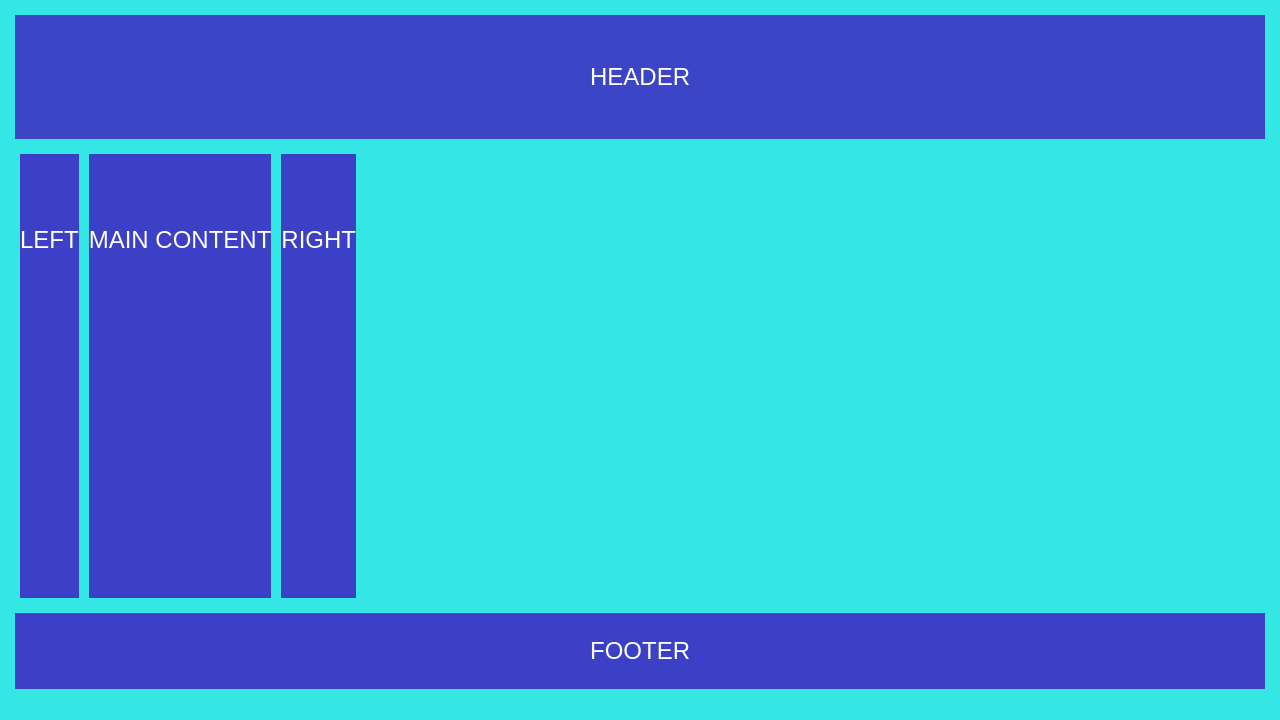
Repository: Badynko/tennis-website
Page: index.html
The author's editor kept a copy of each file at every save. The page is drawn from the files as they stood at one save, then again after the next save.
The browser window is 1280 px wide. The pictures show the whole page.

Above is the page before, as saved 2024-08-01 19:08:53.

### index.html
<!DOCTYPE html>
<html lang="en">
  <head>
    <meta charset="UTF-8" />
    <meta name="viewport" content="width=device-width, initial-scale=1.0" />
    <title>Výsledky zápasov 2024</title>
    <link rel="stylesheet" href="css/style.css" />
  </head>
  <body>
    <header>HEADER</header>
    <div class="main">
      <aside class="left">LEFT</aside>
      <main>MAIN CONTENT</main>
      <aside class="right">RIGHT</aside>
    </div>
    <footer>FOOTER</footer>
  </body>
</html>

### css/style.css
* {
  margin: 5px;
  box-sizing: border-box;
}

body {
  height: 95vh;
  background: #34e7e4;
  font-family: sans-serif;
  text-align: center;
  color: white;
  font-size: 24px;
  display: flex;
  flex-direction: column;
}

header {
  background: #3c45c6;
  padding: 2em 0 2em 0;
}

.main {
  display: flex;
  flex: 1;
}

.left {
  background: #3c40c6;
  padding: 3em 0 3em 0;
}

main {
  background: #3c40c6;
  padding: 3em 0 3em 0;
}

.right {
  background: #3c40c6;
  padding: 3em 0 3em 0;
}

footer {
  background: #3c40c6;
  padding: 1em 0 1em 0;
}

After the next save:
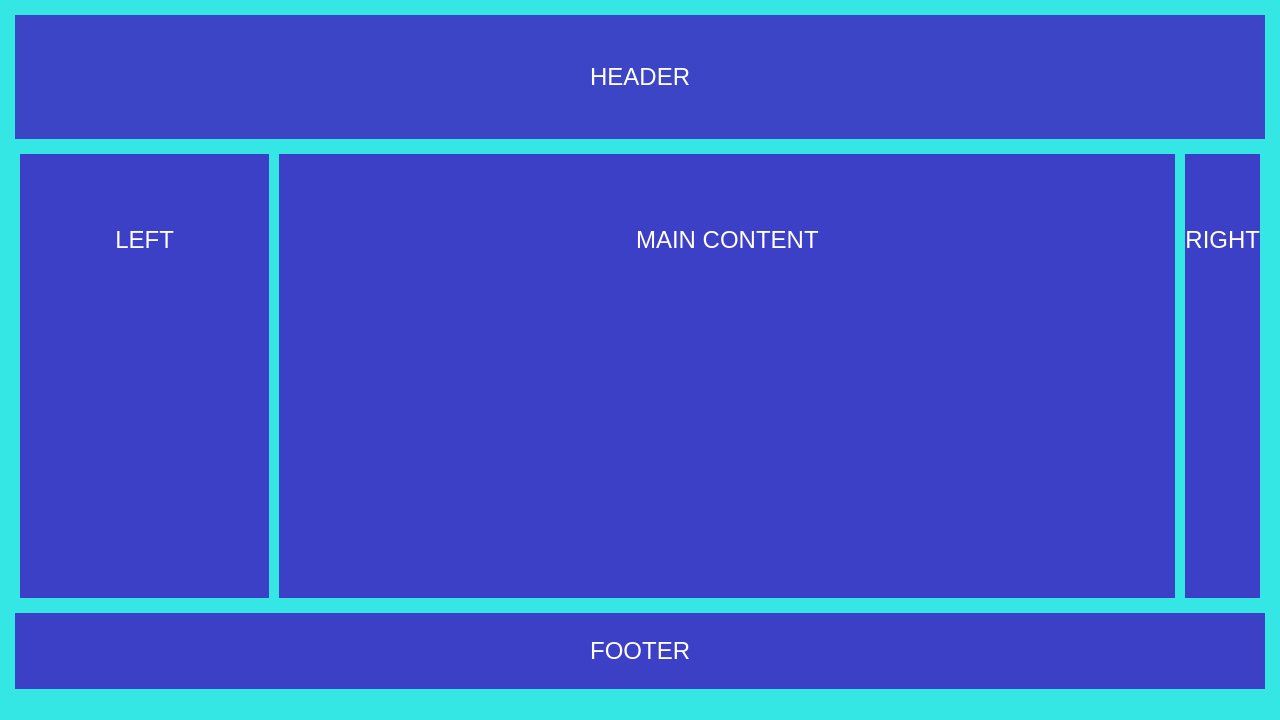
Saved 46 s later.
--- a/css/style.css
+++ b/css/style.css
@@ -27,11 +27,13 @@
 .left {
   background: #3c40c6;
   padding: 3em 0 3em 0;
+  flex: 1 1 100px;
 }
 
 main {
   background: #3c40c6;
   padding: 3em 0 3em 0;
+  flex: 5 5 150px;
 }
 
 .right {
